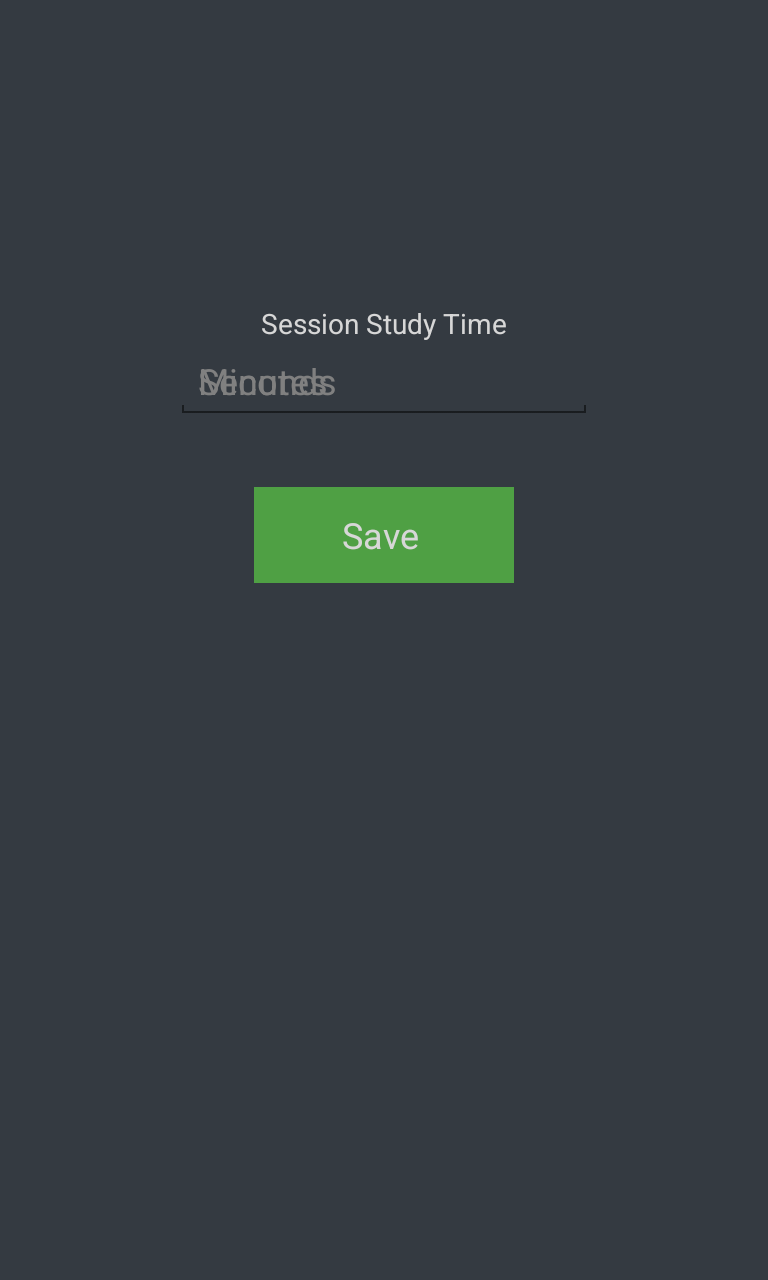
Repository: kishukismat/flashbuddy
Layout: FlashBuddy/res/layout/session_timer.xml
An editor plug-in stored every save of this project. The layout is shown before and after the next save, followed by the edit.
It is drawn on a 768 x 1280 px phone screen (xhdpi) without system bars, with theme AppTheme; the app's code is not run.

Above is the layout before, as saved 2014-05-10 16:55:01.

After the next save:
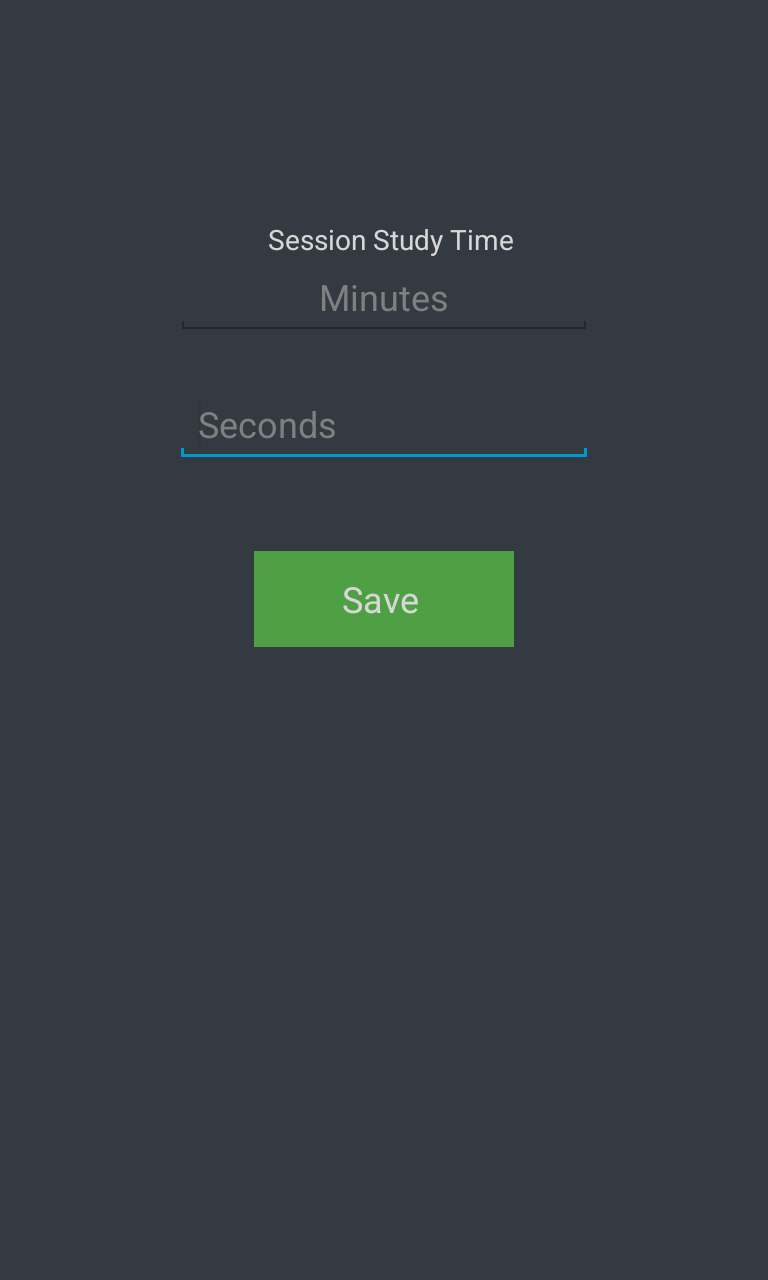
Saved 45 s later.
--- a/FlashBuddy/res/layout/session_timer.xml
+++ b/FlashBuddy/res/layout/session_timer.xml
@@ -16,18 +16,8 @@
         android:layout_below="@+id/timerView"
         android:layout_centerHorizontal="true"
         android:ems="10"
+        android:gravity="center"
         android:hint="@string/minTimer"
-        android:inputType="textMultiLine"
-        android:textColor="@color/gray" />
-
-    <EditText
-        android:id="@+id/timerEntry2"
-        android:layout_width="wrap_content"
-        android:layout_height="wrap_content"
-        android:layout_below="@+id/timerView"
-        android:layout_centerHorizontal="true"
-        android:hint="@string/secTimer"
-        android:ems="10"
         android:inputType="textMultiLine"
         android:textColor="@color/gray" />
 
@@ -36,8 +26,9 @@
         android:layout_width="wrap_content"
         android:layout_height="wrap_content"
         android:layout_alignParentTop="true"
-        android:layout_centerHorizontal="true"
-        android:layout_marginTop="136dp"
+        android:layout_alignRight="@+id/doneButton"
+        android:layout_marginTop="94dp"
+        android:gravity="center"
         android:text="@string/timerPrompt"
         android:textColor="@color/gray" />
 
@@ -47,10 +38,25 @@
         android:layout_height="wrap_content"
         android:layout_below="@+id/timerEntry"
         android:layout_centerHorizontal="true"
-        android:layout_marginTop="33dp"
+        android:layout_marginTop="107dp"
         android:background="@color/green"
         android:onClick="onClickWriteCard"
         android:text="Save "
         android:textColor="@color/gray" />
 
+    <EditText
+        android:id="@+id/timerEntry2"
+        android:layout_width="wrap_content"
+        android:layout_height="wrap_content"
+        android:layout_alignLeft="@+id/timerEntry"
+        android:layout_below="@+id/timerEntry"
+        android:layout_marginTop="24dp"
+        android:ems="10"
+        android:hint="@string/secTimer"
+        android:inputType="textMultiLine"
+        android:textColor="@color/gray" >
+
+        <requestFocus />
+    </EditText>
+
 </RelativeLayout>
